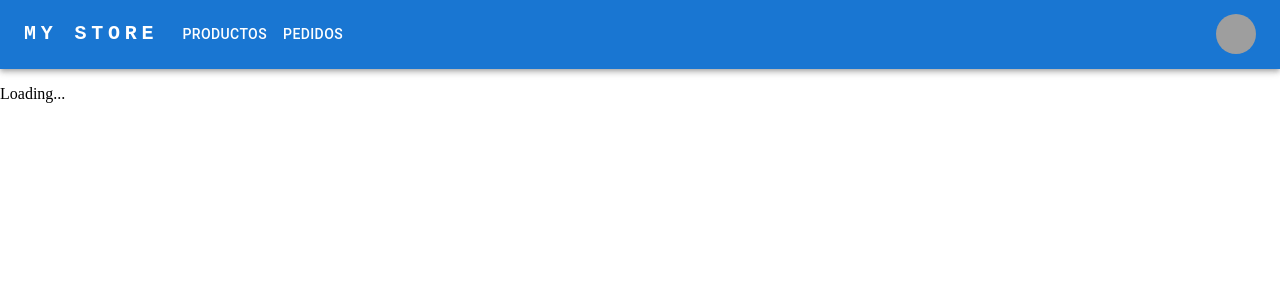
Repository: DanielBorussia/front-my-store
Page: /
An editor plug-in stored every save of this project. The page is shown before and after the next save, followed by the edit.
The browser window is 1280 px wide. The pictures show the whole page.
Pictures or frames that could not be fetched are drawn as grey boxes. The page's requests for data from a server got no answer. The project was rebuilt for these pictures with package versions that can differ from the ones it lists, and the page was loaded fresh each time. No one was signed in, and anything a server would have sent is missing. Also part of the build but not shown: src/styles/ProductItem.css, src/components/ProductItem.js.

Above is the page before, as saved 2023-07-01 01:36:34.

### src/index.js
import React from 'react';
import ReactDOM from 'react-dom/client';
import './index.css';
import App from './routes/App';
import reportWebVitals from './reportWebVitals';

const root = ReactDOM.createRoot(document.getElementById('root'));
root.render(
  <React.StrictMode>
    <App />
  </React.StrictMode>
);

// If you want to start measuring performance in your app, pass a function
// to log results (for example: reportWebVitals(console.log))
// or send to an analytics endpoint. Learn more: https://bit.ly/CRA-vitals
reportWebVitals();

### src/index.css
body {
  margin: 0;
  -webkit-font-smoothing: antialiased;
  -moz-osx-font-smoothing: grayscale;
}

code {
  font-family: source-code-pro, Menlo, Monaco, Consolas, "Courier New",
    monospace;
}

### src/routes/App.js
import React from 'react';
import { BrowserRouter, Routes, Route } from 'react-router-dom';
import useInitialState from '../hooks/useInitialState';
import AppContext from '../context/AppContext';
import Layout from '../containers/Layout';
import Home from '../pages/Home';

const App = () => {
    const initialState = useInitialState();
    return (
        //encapsular la aplicacion para compartir la informacion
        <AppContext.Provider value={initialState}>
        <BrowserRouter>
            <Layout>
            <Routes>
                <Route exact path="/" element={<Home/>} />
            </Routes>
            </Layout>
        </BrowserRouter>
        </AppContext.Provider>

    );
}

export default App;

### src/hooks/useInitialState.js
import { useState } from 'react';

const initialState = {
    cart: [],
}

const useInitialState = () => {
    const [state, setState] = useState(initialState);

    const addToCart = (payload) => {
        setState({
            ...state,
            cart: [...state.cart, payload]
        });
    };

    const removeFromCart = (payload) => {
        setState({
            ...state,
            cart: state.cart.filter(item => item.id != payload.id),
        })
    }

    return {
        state,
        addToCart,
        removeFromCart
    }
}

export default useInitialState;

### src/containers/Layout.js
import React from 'react';
import Header from '../components/Header';

const Layout = ({ children }) => {
	return (
		<div className="Layout">
			<Header />
			{children}
		</div>
	);
}

export default Layout;

### src/pages/Home.js
import React from 'react';
import ProductList from '../containers/ProductList';

const Home = () => {
	return (
		<>
			<ProductList/>
		</>
	);
}

export default Home;

### src/components/Header.js
import React from 'react';
import AppBar from '@mui/material/AppBar';
import Box from '@mui/material/Box';
import Toolbar from '@mui/material/Toolbar';
import IconButton from '@mui/material/IconButton';
import Typography from '@mui/material/Typography';
import Menu from '@mui/material/Menu';
import MenuIcon from '@mui/icons-material/Menu';
import Container from '@mui/material/Container';
import Avatar from '@mui/material/Avatar';
import Button from '@mui/material/Button';
import Tooltip from '@mui/material/Tooltip';
import MenuItem from '@mui/material/MenuItem';
import AdbIcon from '@mui/icons-material/Adb';

const pages = ['Productos', 'Pedidos'];
const settings = ['Perfil', 'Mis Pedidos', 'Salir'];

const Header = () => {

    const [anchorElNav, setAnchorElNav] = React.useState(null);
    const [anchorElUser, setAnchorElUser] = React.useState(null);

    const handleOpenNavMenu = (event) => {
        setAnchorElNav(event.currentTarget);
    };

    const handleOpenUserMenu = (event) => {
        setAnchorElUser(event.currentTarget);
    };

    const handleCloseNavMenu = () => {
        setAnchorElNav(null);
    };

    const handleCloseUserMenu = () => {
        setAnchorElUser(null);
    };

    return (
    <AppBar position="static">
      <Container maxWidth="xl">
        <Toolbar disableGutters>
          <Typography
            variant="h6"
            noWrap
            component="a"
            href="/"
            sx={{
              mr: 2,
              display: { xs: 'none', md: 'flex' },
              fontFamily: 'monospace',
              fontWeight: 700,
              letterSpacing: '.3rem',
              color: 'inherit',
              textDecoration: 'none',
            }}
          >
            MY STORE
          </Typography>

          <Box sx={{ flexGrow: 1, display: { xs: 'flex', md: 'none' } }}>
            <IconButton
              size="large"
              aria-label="account of current user"
              aria-controls="menu-appbar"
              aria-haspopup="true"
              onClick={handleOpenNavMenu}
              color="inherit"
            >
              <MenuIcon />
            </IconButton>
            <Menu
              id="menu-appbar"
              anchorEl={anchorElNav}
              anchorOrigin={{
                vertical: 'bottom',
                horizontal: 'left',
              }}
              keepMounted
              transformOrigin={{
                vertical: 'top',
                horizontal: 'left',
              }}
              open={Boolean(anchorElNav)}
              onClose={handleCloseNavMenu}
              sx={{
                display: { xs: 'block', md: 'none' },
              }}
            >
              {pages.map((page) => (
                <MenuItem key={page} onClick={handleCloseNavMenu}>
                  <Typography textAlign="center">{page}</Typography>
                </MenuItem>
              ))}
            </Menu>
          </Box>
          <AdbIcon sx={{ display: { xs: 'flex', md: 'none' }, mr: 1 }} />
          <Typography
            variant="h5"
            noWrap
            component="a"
            href=""
            sx={{
              mr: 2,
              display: { xs: 'flex', md: 'none' },
              flexGrow: 1,
              fontFamily: 'monospace',
              fontWeight: 700,
              letterSpacing: '.3rem',
              color: 'inherit',
              textDecoration: 'none',
            }}
          >
            MY STORE
          </Typography>
          <Box sx={{ flexGrow: 1, display: { xs: 'none', md: 'flex' } }}>
            {pages.map((page) => (
              <Button
                key={page}
                onClick={handleCloseNavMenu}
                sx={{ my: 2, color: 'white', display: 'block' }}
              >
                {page}
              </Button>
            ))}
          </Box>

          <Box sx={{ flexGrow: 0 }}>
            <Tooltip title="Open settings">
              <IconButton onClick={handleOpenUserMenu} sx={{ p: 0 }}>
                <Avatar alt="Remy Sharp" src="/static/images/avatar/2.jpg" />
              </IconButton>
            </Tooltip>
            <Menu
              sx={{ mt: '45px' }}
              id="menu-appbar"
              anchorEl={anchorElUser}
              anchorOrigin={{
                vertical: 'top',
                horizontal: 'right',
              }}
              keepMounted
              transformOrigin={{
                vertical: 'top',
                horizontal: 'right',
              }}
              open={Boolean(anchorElUser)}
              onClose={handleCloseUserMenu}
            >
              {settings.map((setting) => (
                <MenuItem key={setting} onClick={handleCloseUserMenu}>
                  <Typography textAlign="center">{setting}</Typography>
                </MenuItem>
              ))}
            </Menu>
          </Box>
        </Toolbar>
      </Container>
    </AppBar>
  );
}

export default Header;

### src/containers/ProductList.js
import React from 'react';
import ProductItem from '../components/ProductItem';
import useGetProducts from '../hooks/useGetProducts';



const ProductList = () => {
    const { loading , products } = useGetProducts();
	return (
		<section className="main__container">
            {loading ? (
               <p>Loading...</p>
              ) : (
                <div className="productList">
                    {products.map(product => (
                        <ProductItem product={product} key={product.id} />
                    ))}

                </div>
            )}
		</section>
	);
}

export default ProductList;

### src/hooks/useGetProducts.js
import { useEffect, useState } from 'react';
import axios from 'axios';
const API = 'https://api.escuelajs.co/api/v1/products';
const useGetProducts = () => {
    const [products, setProducts] = useState([]);
    const [loading, setLoading] = useState(false);

    const getData = async () => {
        setLoading(true);
        const response = await axios(API);
        setLoading(false);
		setProducts(response.data);
    }
	useEffect(() => {
		getData();
	}, []);

    return { loading, products };
};

export default useGetProducts;

### src/shared/Loading.js
import React from "react";

//UI
import Box from "@material-ui/core/Box";
import CircularProgress from "@material-ui/core/CircularProgress";

const Loading = ({ size = 40, color = "primary" }) => {
  return (
    <Box display="flex" alignItems="center" justifyContent="center">
      <CircularProgress color={color} size={size} />
    </Box>
  );
};

export default Loading;

Loaded but not shown: public/index.html (common file); src/reportWebVitals.js (common file); src/context/AppContext.js (common file)

After the next save:
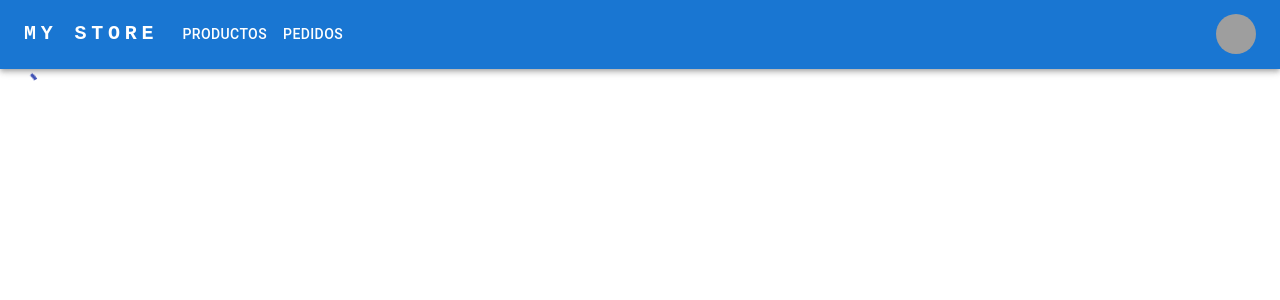
Saved 16 s later.
--- a/src/containers/ProductList.js
+++ b/src/containers/ProductList.js
@@ -1,6 +1,7 @@
 import React from 'react';
 import ProductItem from '../components/ProductItem';
 import useGetProducts from '../hooks/useGetProducts';
+import Loading from '../shared/Loading';
 
 
 
@@ -9,7 +10,7 @@ const ProductList = () => {
 	return (
 		<section className="main__container">
             {loading ? (
-               <p>Loading...</p>
+               <Loading />
               ) : (
                 <div className="productList">
                     {products.map(product => (
